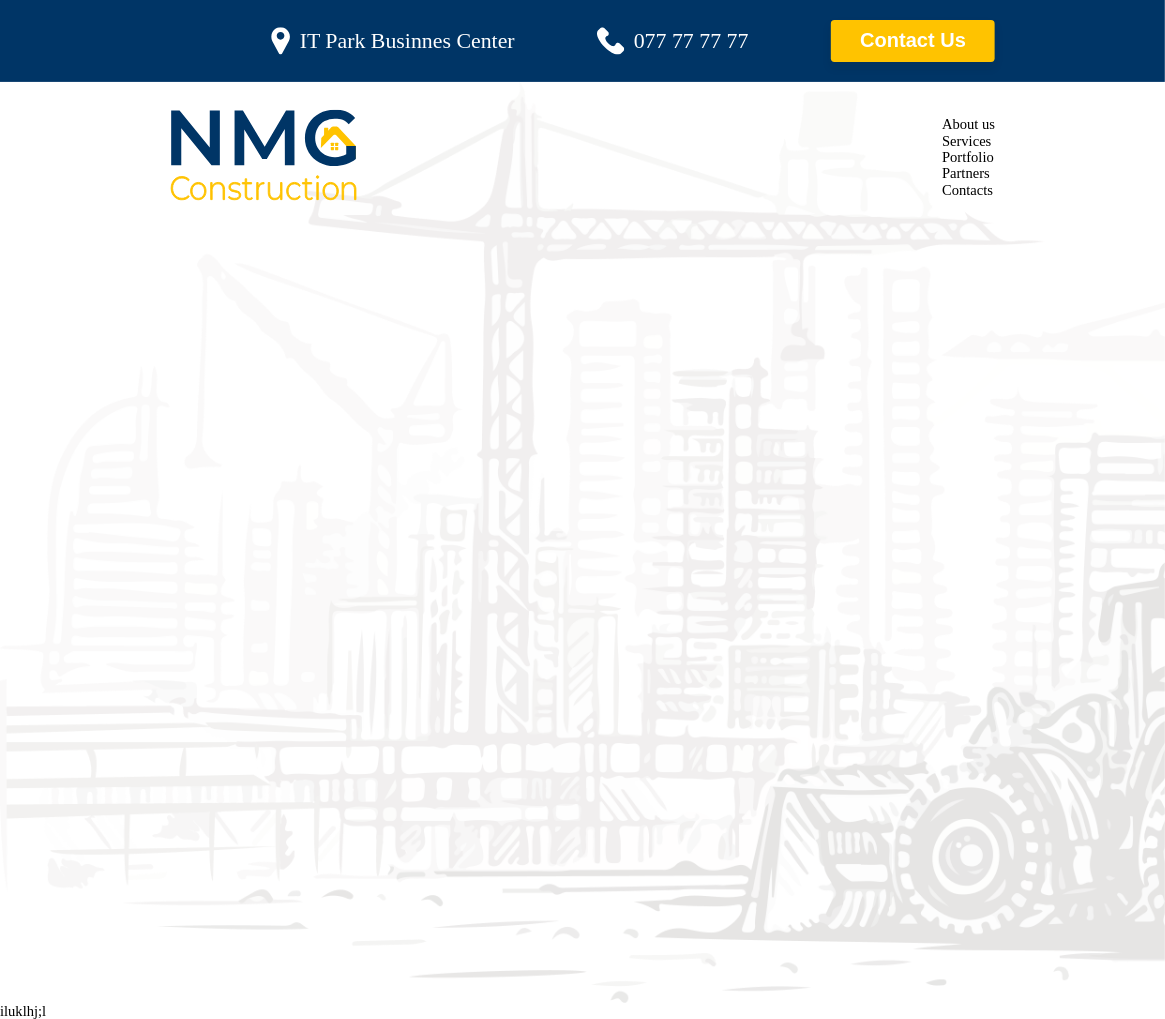
Repository: Lia1986/NMG-nuxt-project
Page: /
These files come from the project's save history. The page is drawn as it stood at one moment and after a run of saves; the edit follows.
The browser window is 1280 px wide. The pictures show the whole page, at 91% of full size.
Some web fonts or font styles are not loaded; a fallback is used. The project was rebuilt for these pictures with package versions that can differ from the ones it lists, and the page was loaded fresh each time. The framework's server and built-in components were replaced by stand-ins that run in the browser. Also part of the build but not shown: nuxt.config.js, components/AboutUs.vue, components/ContactUs.vue, components/Partners.vue, components/Portfolio.vue, components/Services.vue, components/Tutorial.vue, components/WorkingProcess.vue.

Above is the page before, as saved 2022-08-16 16:10:56.

### assets/css/main.scss
$blueMain: #003566;
$yellowMain: #ffc300;
$white: #ffffff;
$fontApp: Montserrat;

@font-face {
  font-family: Montserrat;
  src: url(~assets/fonts/Montserrat.ttf);
}
body{
    font-family: $fontApp;
}
* {
  padding: 0;
  margin: 0;
}
.d-flex_jc-c_ai-c {
  display: flex;
  justify-content: center;
  align-items: center;
}
.jc_sb{
   justify-content: space-between;
}
.btn {
  height: 46px;
  padding: 0 32px;
  display: flex;
  justify-content: center;
  align-items: center;
  outline: none;
  border: none;
  background: $yellowMain;
  color: $white;
  font-weight: 600;
  font-size: 22px;
  box-shadow: 0px 6px 10px rgba(28, 26, 19, 0.1);
  border-radius: 4px;
}
.btn_empty {
  box-sizing: border-box;
  border: 2px solid $yellowMain;
  background: transparent;
  color: $yellowMain;
}

### components/Home.vue
<template>
  <div>
    iluklhj;l
  </div>
</template>

<script>
export default {
  name: 'Home'
}
</script>

### components/Navbar.vue
<template>
  <div class="wr_navbar">
    <div class="nav d-flex_jc-c_ai-c">
      <div class="wr_content d-flex_jc-c_ai-c">
        <div class="d-flex_jc-c_ai-c">
          <svg
            width="21"
            height="30"
            viewBox="0 0 21 30"
            fill="none"
            xmlns="http://www.w3.org/2000/svg"
          >
            <path
              d="M19.1586 5.13735C17.3414 1.99532 14.1138 0.0757324 10.5246 0.00237305C10.3714 -0.000791016 10.2172 -0.000791016 10.0639 0.00237305C6.47482 0.0757324 3.24722 1.99532 1.43002 5.13735C-0.427403 8.34899 -0.478222 12.2068 1.29406 15.4571L8.7188 29.0735C8.72213 29.0795 8.72547 29.0856 8.72892 29.0915C9.05558 29.6604 9.64079 30 10.2944 30C10.948 30 11.5332 29.6604 11.8598 29.0915C11.8632 29.0856 11.8666 29.0795 11.8699 29.0735L19.2947 15.4571C21.0668 12.2068 21.016 8.34899 19.1586 5.13735ZM10.2943 13.5938C7.9726 13.5938 6.08377 11.7013 6.08377 9.37503C6.08377 7.0488 7.9726 5.15628 10.2943 5.15628C12.616 5.15628 14.5048 7.0488 14.5048 9.37503C14.5048 11.7013 12.6161 13.5938 10.2943 13.5938Z"
              fill="white"
            />
          </svg>
          IT Park Businnes Center
        </div>
        <div class="d-flex_jc-c_ai-c">
          <svg
            width="30"
            height="30"
            viewBox="0 0 30 30"
            fill="none"
            xmlns="http://www.w3.org/2000/svg"
          >
            <path
              d="M29.1835 22.017L24.9969 17.8304C23.5017 16.3352 20.9598 16.9333 20.3617 18.877C19.9132 20.2228 18.418 20.9704 17.0723 20.6713C14.0818 19.9237 10.0448 16.0361 9.29717 12.8962C8.84861 11.5504 9.74574 10.0552 11.0914 9.60673C13.0352 9.00864 13.6333 6.46679 12.1381 4.97158L7.95149 0.784986C6.75532 -0.261662 4.96106 -0.261662 3.91442 0.784986L1.07352 3.62589C-1.76738 6.61631 1.37256 14.5409 8.40005 21.5684C15.4275 28.5959 23.3522 31.8854 26.3426 28.8949L29.1835 26.054C30.2302 24.8579 30.2302 23.0636 29.1835 22.017Z"
              fill="white"
            />
          </svg>
          077 77 77 77
        </div>
        <button class="btn">Contact Us</button>
      </div>
    </div>
    <div class="wr_header">
      <div class="d-flex_jc-c_ai-c jc_sb">
        <div class="logo">
          <svg
            width="206"
            height="101"
            viewBox="0 0 206 101"
            fill="none"
            xmlns="http://www.w3.org/2000/svg"
          >
            <g clip-path="url(#clip0_2_26)">
              <path
                d="M6.79998 97.9297C4.99512 96.8165 3.52714 95.2333 2.55331 93.3497C1.53367 91.312 1.00281 89.0648 1.00281 86.7863C1.00281 84.5078 1.53367 82.2606 2.55331 80.223C3.52534 78.3398 4.99387 76.7583 6.79998 75.6497C8.62123 74.5375 10.7195 73.9621 12.8533 73.9897C14.4214 73.9728 15.9768 74.2721 17.4266 74.8697C18.8074 75.4463 20.032 76.3419 21 77.483L19.9533 78.6763C19.0697 77.6989 17.9843 76.925 16.7723 76.4082C15.5602 75.8914 14.2504 75.6439 12.9333 75.683C11.0769 75.6555 9.25078 76.1548 7.66664 77.123C6.09615 78.0954 4.82133 79.4786 3.97998 81.123C3.10294 82.8832 2.64645 84.823 2.64645 86.7897C2.64645 88.7563 3.10294 90.6961 3.97998 92.4563C4.81879 94.1025 6.09418 95.4863 7.66664 96.4563C9.23736 97.4223 11.0495 97.9238 12.8933 97.903C14.2134 97.937 15.5252 97.6833 16.7374 97.1595C17.9497 96.6357 19.0334 95.8543 19.9133 94.8697L21 96.0563C20.035 97.2137 18.8108 98.1273 17.4266 98.723C15.9772 99.3206 14.4209 99.6155 12.8533 99.5897C10.7195 99.6173 8.62123 99.0419 6.79998 97.9297Z"
                fill="#FFC300"
                stroke="#FFC300"
              />
              <path
                d="M26.5667 98.3297C25.2571 97.494 24.2012 96.3159 23.5133 94.923C22.7848 93.384 22.4069 91.7024 22.4069 89.9997C22.4069 88.2969 22.7848 86.6154 23.5133 85.0763C24.1992 83.6821 25.2556 82.5035 26.5667 81.6697C27.8794 80.8673 29.3881 80.4427 30.9267 80.4427C32.4652 80.4427 33.9739 80.8673 35.2867 81.6697C36.5993 82.5017 37.6561 83.6808 38.34 85.0763C39.0731 86.6141 39.4536 88.2961 39.4536 89.9997C39.4536 91.7032 39.0731 93.3853 38.34 94.923C37.6544 96.3174 36.598 97.4961 35.2867 98.3297C33.9739 99.1321 32.4652 99.5567 30.9267 99.5567C29.3881 99.5567 27.8794 99.1321 26.5667 98.3297ZM34.44 96.923C35.4944 96.2232 36.3399 95.251 36.8867 94.1097C37.4797 92.8207 37.7868 91.4186 37.7868 89.9997C37.7868 88.5808 37.4797 87.1787 36.8867 85.8897C36.3419 84.747 35.496 83.7744 34.44 83.0763C33.3889 82.4144 32.1721 82.0632 30.93 82.0632C29.6879 82.0632 28.4711 82.4144 27.42 83.0763C26.3604 83.7722 25.5119 84.7452 24.9667 85.8897C24.3736 87.1787 24.0665 88.5808 24.0665 89.9997C24.0665 91.4186 24.3736 92.8207 24.9667 94.1097C25.5139 95.2528 26.362 96.2253 27.42 96.923C28.4724 97.5812 29.6887 97.9301 30.93 97.9301C32.1713 97.9301 33.3876 97.5812 34.44 96.923Z"
                fill="#FFC300"
                stroke="#FFC300"
              />
              <path
                d="M57.9066 82.4963C59.1466 83.8697 59.7666 85.8297 59.7666 88.4097V99.4097H58.1333V88.5563C58.1333 86.4452 57.6489 84.8341 56.68 83.723C56.1677 83.1619 55.5371 82.7219 54.8337 82.4348C54.1303 82.1477 53.3719 82.0207 52.6133 82.063C51.7255 82.0251 50.8403 82.1848 50.0217 82.5307C49.2031 82.8765 48.4716 83.3999 47.88 84.063C46.6633 85.5657 46.0458 87.4655 46.1466 89.3964V99.3963H44.5133V80.5897H46.08V84.663C46.6308 83.3984 47.5481 82.3279 48.7133 81.5897C49.9503 80.822 51.3847 80.4327 52.84 80.4697C53.7809 80.4205 54.7212 80.5763 55.596 80.9262C56.4708 81.2761 57.2592 81.8118 57.9066 82.4963Z"
                fill="#FFC300"
                stroke="#FFC300"
              />
              <path
                d="M66.8866 98.8697C65.8039 98.5086 64.8123 97.9173 63.98 97.1363L64.7266 95.6963C65.5086 96.3954 66.4125 96.9445 67.3933 97.3163C68.4876 97.7537 69.6548 97.9799 70.8333 97.983C72.5533 97.983 73.8266 97.6697 74.64 97.043C75.0395 96.7427 75.36 96.3497 75.5737 95.8979C75.7874 95.4461 75.8879 94.949 75.8667 94.4497C75.8855 94.1078 75.8363 93.7655 75.7218 93.4428C75.6074 93.1201 75.43 92.8233 75.2 92.5697C74.7415 92.1047 74.1761 91.7591 73.5533 91.563C72.6623 91.2893 71.7564 91.0667 70.84 90.8963C69.7318 90.6953 68.6417 90.4055 67.58 90.0297C66.7507 89.7205 66.0172 89.1985 65.4533 88.5163C64.8243 87.6761 64.5212 86.6363 64.6 85.5897C64.5839 84.8873 64.7267 84.1904 65.0176 83.5509C65.3085 82.9114 65.74 82.3458 66.28 81.8963C67.4 80.923 69 80.4363 71.0666 80.4363C72.1642 80.4367 73.255 80.6076 74.3 80.943C75.2479 81.2172 76.1349 81.6698 76.9133 82.2763L76.16 83.7163C75.4495 83.1557 74.6431 82.7288 73.78 82.4563C72.8926 82.1698 71.9658 82.0236 71.0333 82.023C69.7601 81.933 68.4937 82.276 67.44 82.9963C67.0466 83.3011 66.7319 83.6955 66.522 84.1466C66.312 84.5977 66.2131 85.0925 66.2333 85.5897C66.2073 85.9454 66.2528 86.3028 66.3673 86.6406C66.4819 86.9784 66.663 87.2898 66.9 87.5563C67.37 88.0323 67.9456 88.3909 68.58 88.603C69.4977 88.8977 70.4301 89.1447 71.3733 89.343C72.4647 89.5419 73.539 89.8249 74.5866 90.1897C75.3961 90.4817 76.1122 90.9859 76.66 91.6497C77.2675 92.442 77.5703 93.4262 77.5133 94.423C77.5377 95.1439 77.3902 95.8603 77.083 96.5129C76.7758 97.1655 76.3177 97.7357 75.7467 98.1763C74.5733 99.1097 72.92 99.583 70.7866 99.583C69.4548 99.5762 68.1346 99.3348 66.8866 98.8697Z"
                fill="#FFC300"
                stroke="#FFC300"
              />
              <path
                d="M90.56 98.2163C90.1285 98.663 89.599 99.0031 89.0133 99.2097C88.3899 99.4388 87.7309 99.5562 87.0667 99.5563C86.4329 99.5971 85.7978 99.4989 85.2059 99.2686C84.614 99.0382 84.0796 98.6814 83.64 98.223C82.7806 97.1627 82.35 95.8186 82.4333 94.4563V82.1363H79.2933V80.5897H82.4333V76.4763H84.0667V80.5897H89.4867V82.1363H84.0667V94.2563C83.9973 95.2545 84.2804 96.2454 84.8667 97.0563C85.1633 97.384 85.5304 97.64 85.9404 97.8052C86.3503 97.9703 86.7924 98.0402 87.2333 98.0097C87.7259 98.0282 88.2171 97.9448 88.6759 97.7647C89.1348 97.5846 89.5515 97.3116 89.9 96.963L90.56 98.2163Z"
                fill="#FFC300"
                stroke="#FFC300"
              />
              <path
                d="M99.12 81.543C100.33 80.7821 101.738 80.3992 103.167 80.443V82.2096L102.78 82.1763C101.937 82.1349 101.097 82.2905 100.325 82.6307C99.5531 82.971 98.8712 83.4865 98.3333 84.1363C97.2666 85.4696 96.7333 87.2918 96.7333 89.603V99.4096H95.1V80.5896H96.6666V84.6963C97.1241 83.4087 97.9844 82.3029 99.12 81.543Z"
                fill="#FFC300"
                stroke="#FFC300"
              />
              <path
                d="M122.893 80.5897V99.4097H121.333V95.3697C120.824 96.6275 119.949 97.703 118.82 98.4563C117.652 99.2055 116.287 99.5886 114.9 99.5563C113.932 99.6082 112.964 99.4511 112.062 99.0956C111.16 98.7402 110.346 98.1947 109.673 97.4963C108.416 96.1274 107.784 94.1563 107.78 91.583V80.5897H109.413V91.443C109.413 93.5563 109.907 95.1697 110.887 96.2697C111.413 96.8352 112.057 97.2773 112.774 97.5643C113.491 97.8513 114.262 97.9761 115.033 97.9297C115.894 97.9645 116.752 97.8024 117.541 97.4559C118.33 97.1093 119.03 96.5873 119.587 95.9297C120.77 94.4118 121.366 92.5183 121.267 90.5963V80.5963L122.893 80.5897Z"
                fill="#FFC300"
                stroke="#FFC300"
              />
              <path
                d="M132.14 98.3297C130.821 97.4989 129.758 96.32 129.067 94.923C128.338 93.3781 127.96 91.6912 127.96 89.983C127.96 88.2749 128.338 86.5879 129.067 85.043C129.748 83.6383 130.818 82.4583 132.15 81.6431C133.481 80.8278 135.019 80.4113 136.58 80.443C137.88 80.4255 139.164 80.7277 140.32 81.323C141.445 81.9218 142.387 82.8132 143.047 83.903L141.84 84.8764C141.28 83.9872 140.496 83.2607 139.567 82.7697C138.644 82.2926 137.618 82.0499 136.58 82.063C135.317 82.0482 134.075 82.3927 133 83.0564C131.929 83.7374 131.069 84.7051 130.52 85.8497C129.927 87.1516 129.62 88.5657 129.62 89.9964C129.62 91.4271 129.927 92.8411 130.52 94.143C131.07 95.2839 131.929 96.2472 133 96.923C134.073 97.5912 135.316 97.936 136.58 97.9164C137.615 97.9389 138.64 97.7102 139.567 97.2497C140.497 96.7568 141.281 96.028 141.84 95.1364L143.047 96.1097C142.39 97.2025 141.447 98.0948 140.32 98.6897C139.165 99.2871 137.88 99.5916 136.58 99.5764C135.011 99.5922 133.471 99.1597 132.14 98.3297Z"
                fill="#FFC300"
                stroke="#FFC300"
              />
              <path
                d="M156.6 98.2163C156.167 98.6639 155.635 99.004 155.047 99.2096C154.425 99.4387 153.769 99.5561 153.107 99.5563C152.472 99.5971 151.836 99.499 151.243 99.2687C150.65 99.0384 150.114 98.6815 149.673 98.223C148.814 97.1627 148.383 95.8186 148.467 94.4563V82.1363H145.333V80.5896H148.467V76.4763H150.1V80.5896H155.52V82.1363H150.1V94.2563C150.031 95.2545 150.314 96.2454 150.9 97.0563C151.197 97.384 151.564 97.64 151.974 97.8052C152.384 97.9703 152.826 98.0402 153.267 98.0097C153.759 98.0282 154.25 97.9448 154.709 97.7647C155.168 97.5846 155.585 97.3116 155.933 96.963L156.6 98.2163Z"
                fill="#FFC300"
                stroke="#FFC300"
              />
              <path
                d="M161.007 75.5897C160.876 75.4531 160.775 75.292 160.707 75.1157C160.64 74.9395 160.608 74.7516 160.613 74.563C160.607 74.1769 160.748 73.8029 161.007 73.5163C161.125 73.3827 161.271 73.2757 161.434 73.2024C161.598 73.1291 161.774 73.0912 161.953 73.0912C162.132 73.0912 162.309 73.1291 162.472 73.2024C162.635 73.2757 162.781 73.3827 162.9 73.5163C163.162 73.7931 163.303 74.1622 163.293 74.543C163.299 74.9291 163.159 75.3031 162.9 75.5897C162.783 75.7265 162.638 75.8363 162.475 75.9111C162.311 75.986 162.133 76.0242 161.953 76.023C161.774 76.0228 161.596 75.984 161.433 75.9093C161.27 75.8345 161.124 75.7255 161.007 75.5897ZM161.14 80.5897H162.773V99.4097H161.14V80.5897Z"
                fill="#FFC300"
                stroke="#FFC300"
              />
              <path
                d="M172 98.3297C170.689 97.4961 169.632 96.3174 168.947 94.923C168.213 93.3853 167.833 91.7032 167.833 89.9997C167.833 88.2961 168.213 86.6141 168.947 85.0763C169.63 83.6808 170.687 82.5017 172 81.6697C173.313 80.8673 174.821 80.4427 176.36 80.4427C177.899 80.4427 179.407 80.8673 180.72 81.6697C182.031 82.5035 183.087 83.6821 183.773 85.0763C184.502 86.6154 184.88 88.2969 184.88 89.9997C184.88 91.7024 184.502 93.384 183.773 94.923C183.085 96.3159 182.029 97.494 180.72 98.3297C179.407 99.1321 177.899 99.5567 176.36 99.5567C174.821 99.5567 173.313 99.1321 172 98.3297ZM179.867 96.923C180.923 96.2236 181.771 95.2515 182.32 94.1097C182.909 92.8195 183.213 91.4179 183.213 89.9997C183.213 88.5815 182.909 87.1799 182.32 85.8897C181.773 84.7466 180.925 83.774 179.867 83.0763C178.816 82.4144 177.599 82.0632 176.357 82.0632C175.115 82.0632 173.898 82.4144 172.847 83.0763C171.789 83.7726 170.943 84.7457 170.4 85.8897C169.807 87.1787 169.5 88.5808 169.5 89.9997C169.5 91.4186 169.807 92.8207 170.4 94.1097C170.944 95.2525 171.79 96.2252 172.847 96.923C173.899 97.5812 175.115 97.9301 176.357 97.9301C177.598 97.9301 178.814 97.5812 179.867 96.923Z"
                fill="#FFC300"
                stroke="#FFC300"
              />
              <path
                d="M202.333 82.4963C203.573 83.8697 204.193 85.8297 204.193 88.4097V99.4097H202.56V88.5563C202.56 86.443 202.08 84.8297 201.107 83.723C200.596 83.1621 199.966 82.722 199.264 82.4349C198.562 82.1477 197.804 82.0207 197.047 82.063C196.158 82.024 195.271 82.1833 194.451 82.5292C193.632 82.8751 192.899 83.399 192.307 84.063C191.092 85.5666 190.477 87.4663 190.58 89.3963V99.3963H188.947V80.5897H190.513V84.663C191.057 83.389 191.973 82.3086 193.14 81.563C194.379 80.7955 195.816 80.4063 197.273 80.443C198.215 80.3973 199.156 80.5573 200.03 80.9119C200.903 81.2665 201.69 81.8072 202.333 82.4963Z"
                fill="#FFC300"
                stroke="#FFC300"
              />
              <path
                d="M54.5933 1.44965V61.643H45.3933L12.2 20.883V61.643H1.10663V1.44965H10.3133L43.5 42.2096V1.44965H54.5933Z"
                fill="#003566"
              />
              <path
                d="M126.047 61.643L125.96 21.743L106.187 54.763H101.2L81.42 22.2563V61.643H70.7533V1.44965H79.9533L103.867 41.3496L127.333 1.44965H136.533L136.62 61.643H126.047Z"
                fill="#003566"
              />
              <path
                d="M169.12 29.403V21.3097C169.113 21.18 169.131 21.0503 169.174 20.9278C169.217 20.8053 169.284 20.6926 169.371 20.596C169.458 20.4993 169.562 20.4208 169.68 20.3648C169.797 20.3088 169.924 20.2765 170.053 20.2697H172.813C173.078 20.2868 173.324 20.408 173.499 20.6067C173.674 20.8054 173.763 21.0654 173.747 21.3297L173.593 29.2563C173.6 29.5064 173.513 29.7499 173.348 29.9388C173.184 30.1276 172.955 30.248 172.707 30.2763L170.1 30.423C169.968 30.4213 169.838 30.3934 169.718 30.341C169.597 30.2887 169.488 30.2128 169.397 30.1179C169.305 30.023 169.234 29.911 169.187 29.7882C169.139 29.6655 169.116 29.5345 169.12 29.403Z"
                fill="#FFC300"
              />
              <path
                d="M182.74 28.863L193.48 40.5496L204.053 54.8496V40.5496L184.407 19.6963C184.194 19.4711 183.938 19.2916 183.654 19.169C183.369 19.0463 183.063 18.983 182.753 18.983H178.947C178.368 18.9826 177.81 19.2018 177.387 19.5963L166.053 31.543L165.607 42.5896L179.333 28.7496C179.554 28.5142 179.822 28.3287 180.121 28.2053C180.419 28.082 180.74 28.0237 181.062 28.0345C181.385 28.0452 181.701 28.1247 181.991 28.2675C182.28 28.4104 182.535 28.6134 182.74 28.863Z"
                fill="#FFC300"
              />
              <path
                d="M193.48 40.5497H204.053V54.8497C200.818 57.385 197.147 59.3077 193.22 60.523C189.108 61.8474 184.814 62.5222 180.493 62.523C174.713 62.6095 169.006 61.2335 163.9 58.523C159.089 55.9728 155.071 52.149 152.287 47.4697C149.448 42.6552 147.99 37.1516 148.073 31.563C147.991 25.9745 149.449 20.4712 152.287 15.6563C155.079 10.9653 159.111 7.13585 163.94 4.58966C169.092 1.87575 174.844 0.500286 180.667 0.589665C185.707 0.589665 188.72 0.636332 192.847 2.303C196.851 3.8823 200.419 6.39674 203.253 9.63633L196.2 16.4897C191.973 11.4697 187.66 10.3897 181.18 10.3897C177.238 10.3133 173.341 11.2303 169.847 13.0563C166.626 14.779 163.954 17.3705 162.133 20.5363C160.233 23.8892 159.266 27.6898 159.333 31.543C159.278 35.3391 160.242 39.0805 162.127 42.3763C163.969 45.5539 166.649 48.1644 169.873 49.923C173.312 51.7971 177.178 52.7458 181.093 52.6763C185.424 52.7687 189.701 51.7006 193.48 49.583V40.5497Z"
                fill="#003566"
              />
              <rect
                x="176.5"
                y="36.9375"
                width="3.47998"
                height="3.43884"
                rx="0.5"
                fill="#FFC300"
              />
              <rect
                x="176.5"
                y="41.6375"
                width="3.47998"
                height="3.43884"
                rx="0.5"
                fill="#FFC300"
              />
              <rect
                x="181.227"
                y="36.9163"
                width="3.47998"
                height="3.43884"
                rx="0.5"
                fill="#FFC300"
              />
              <rect
                x="181.227"
                y="41.6163"
                width="3.47998"
                height="3.43884"
                rx="0.5"
                fill="#FFC300"
              />
            </g>
            <defs>
              <clipPath id="clip0_2_26">
                <rect
                  width="205.16"
                  height="100"
                  fill="white"
                  transform="translate(0 0.589661)"
                />
              </clipPath>
            </defs>
          </svg>
        </div>
        <div>
          <div v-for="item in navItem" :key="item.id">{{ item.item }}</div>
          <div></div>
        </div>
      </div>
    </div>
  </div>
</template>

<script>
export default {
  data() {
    return {
      navItem: [
        { id: "1", item: "About us" },
        { id: "2", item: "Services" },
        { id: "3", item: "Portfolio" },
        { id: "4", item: "Partners" },
        { id: "5", item: "Contacts" },
      ],
    };
  },
};
</script>

<style lang="scss" scoped>
.wr_navbar {
  .nav {
    background: $blueMain;
    color: $white;
    // padding: 0 14.584% 0 44.011%;
    height: 90px;
    justify-content: end;
    div {
      font-size: 24px;
      svg {
        margin-right: 10px;
      }
    }
    .wr_content {
      width: 795px;
      height: 100%;
      margin-right: 14.584%;
      justify-content: space-between;
    }
  }
  .wr_header {
    height: 982px;
    background-image: url("./../assets/images/img_header.png");
    background-repeat: no-repeat;
    background-size: cover;
    padding: 30px 14.584% 0;
  }
}
</style>

### pages/index.vue
<template>
  <div>
    <Navbar/>
    <Home/>
  </div>
</template>

<script>
export default {
  name: "IndexPage",
};
</script>

After the next 3 saves:
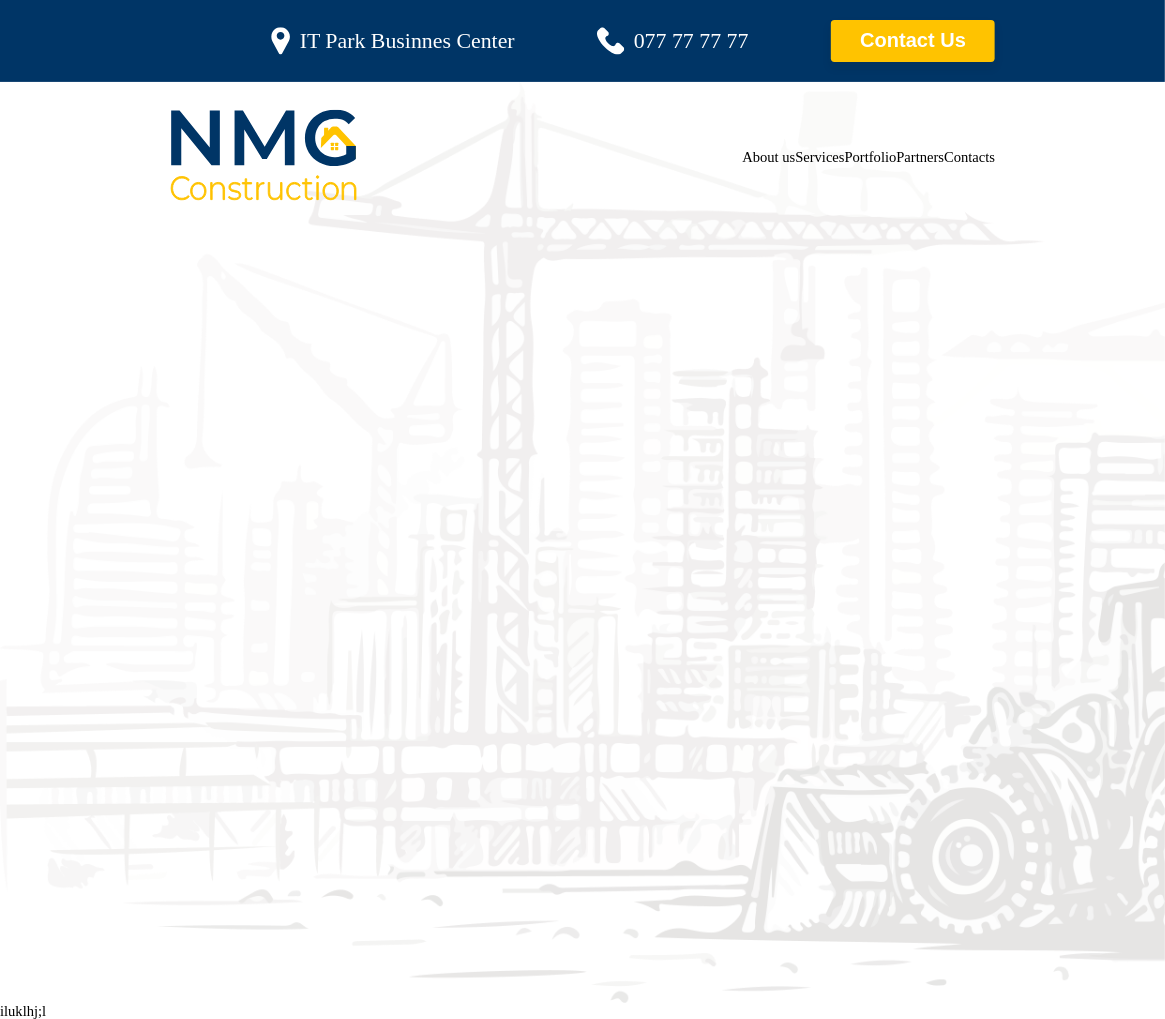
The 3 saves are shown as one change because they came seconds apart.
The last was saved 23 s later.
--- a/components/Navbar.vue
+++ b/components/Navbar.vue
@@ -171,7 +171,7 @@
             </defs>
           </svg>
         </div>
-        <div>
+        <div class="d-flex_jc-c_ai-c">
           <div v-for="item in navItem" :key="item.id">{{ item.item }}</div>
           <div></div>
         </div>
